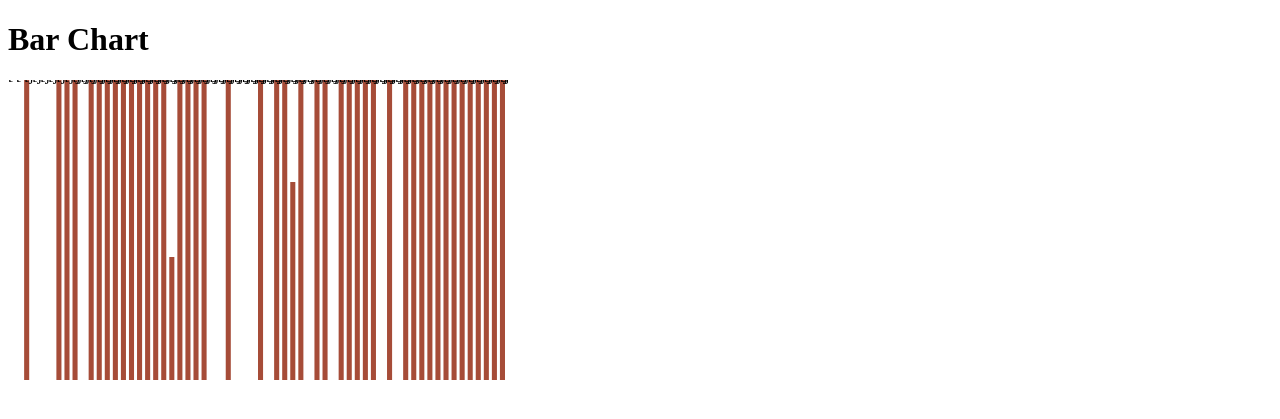
Repository: komalharjani/d3js-visualisation
Page: index.html
These files come from the project's save history. The page is drawn as it stood at one moment and after the next save; the edit follows.
The browser window is 1280 px wide. The pictures show the whole page.

Above is the page before, as saved 2020-04-29 15:19:37.

After the next save:
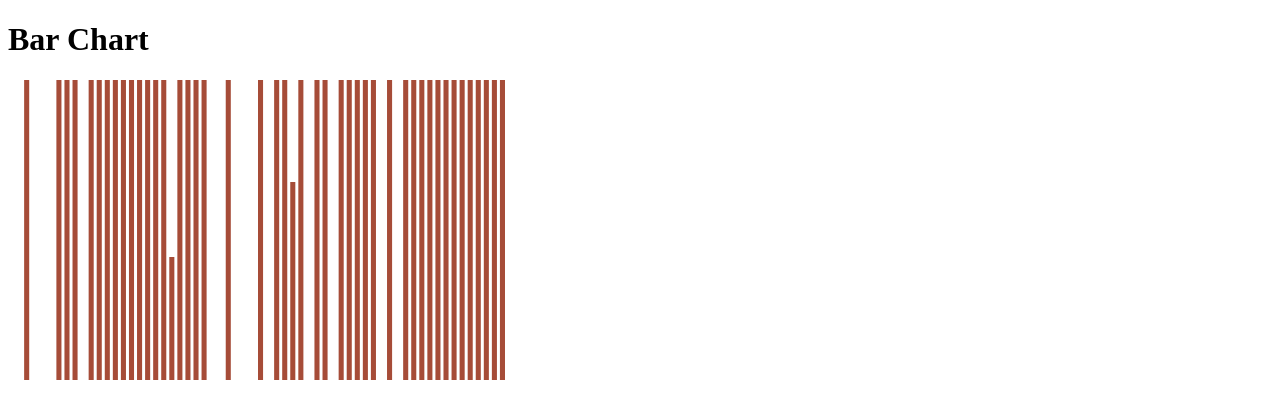
Saved 28 s later.
--- a/index.js
+++ b/index.js
@@ -54,7 +54,7 @@ d3.csv(dataPath)
                         return d;
                 })
                 .attr("y",function(d,i){
-                        return svgHeight - d - 5;
+                        return svgHeight - d.amount - 5;
                 })
                 .attr("x",function(d,i){
                         return barwidth * i;
